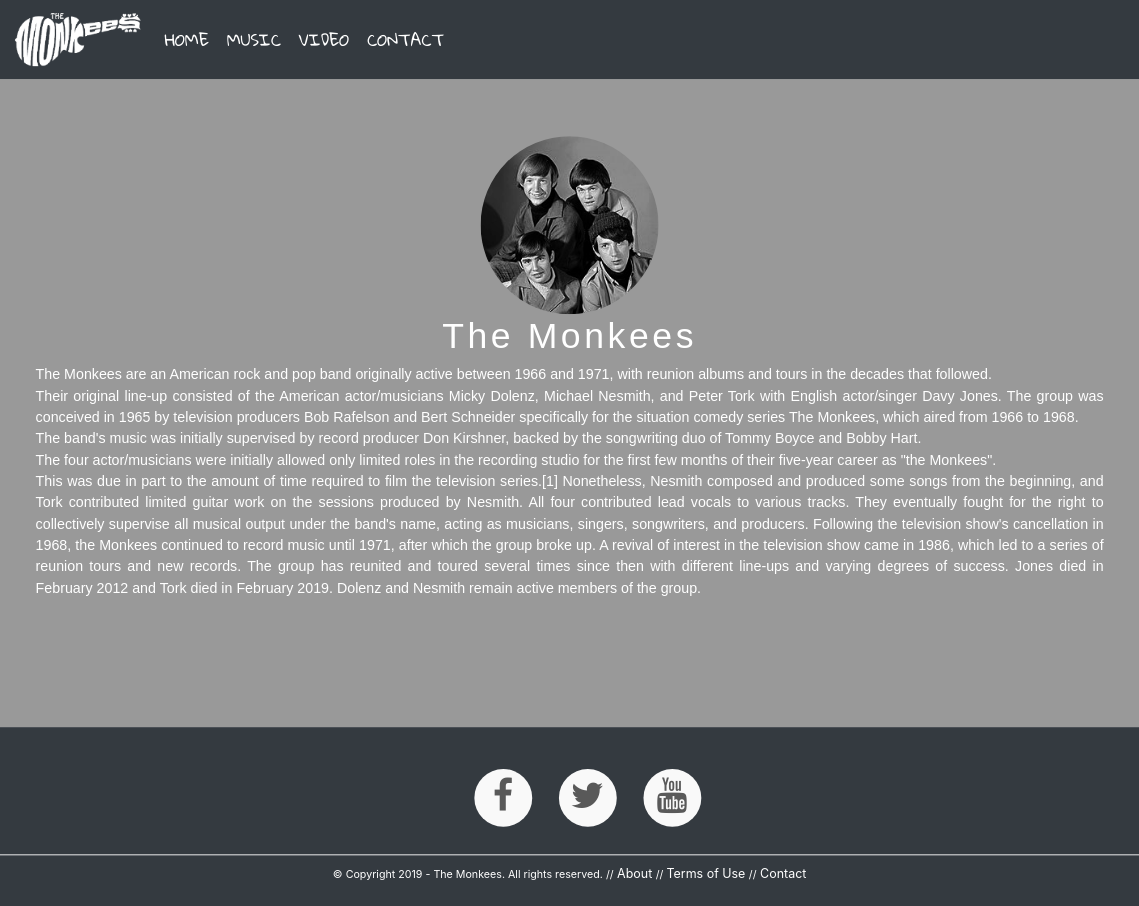
Repository: Code-Institute-Submissions/the_monkees-3
Page: about.html
The author's editor kept a record of every edit. The page is drawn from the files as they stood at one moment, then again after the next edit.
The browser window is 1280 px wide. The pictures show the whole page, at 89% of full size.
Some web libraries are served in a nearby version.

Above is the page before.

After the next edit:
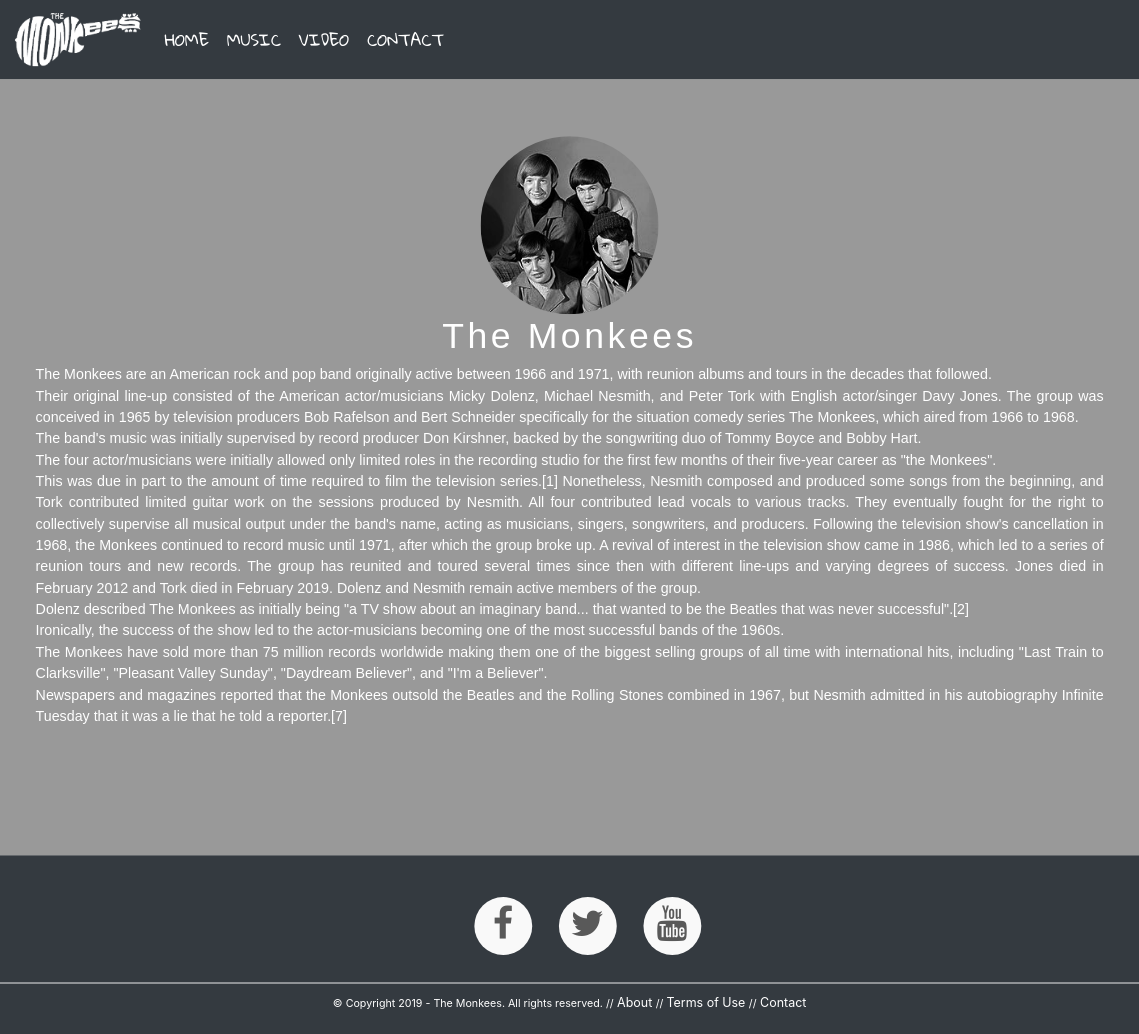
The edit:
--- a/about.html
+++ b/about.html
@@ -57,7 +57,12 @@
 Following the television show's cancellation in 1968, the Monkees continued to record music until 1971, after which the group broke up.
 A revival of interest in the television show came in 1986, which led to a series of reunion tours and new records.
 The group has reunited and toured several times since then with different line-ups and varying degrees of success.
-Jones died in February 2012 and Tork died in February 2019. Dolenz and Nesmith remain active members of the group. </p>
+Jones died in February 2012 and Tork died in February 2019. Dolenz and Nesmith remain active members of the group.
+<br>
+Dolenz described The Monkees as initially being "a TV show about an imaginary band... that wanted to be the Beatles that was never successful".[2]
+<br>Ironically, the success of the show led to the actor-musicians becoming one of the most successful bands of the 1960s. <br>
+The Monkees have sold more than 75 million records worldwide making them one of the biggest selling groups of all time with international hits, including "Last Train to Clarksville", "Pleasant Valley Sunday", "Daydream Believer", and "I'm a Believer". <br>
+Newspapers and magazines reported that the Monkees outsold the Beatles and the Rolling Stones combined in 1967, but Nesmith admitted in his autobiography Infinite Tuesday that it was a lie that he told a reporter.[7]</p>
     </div>
 
 
